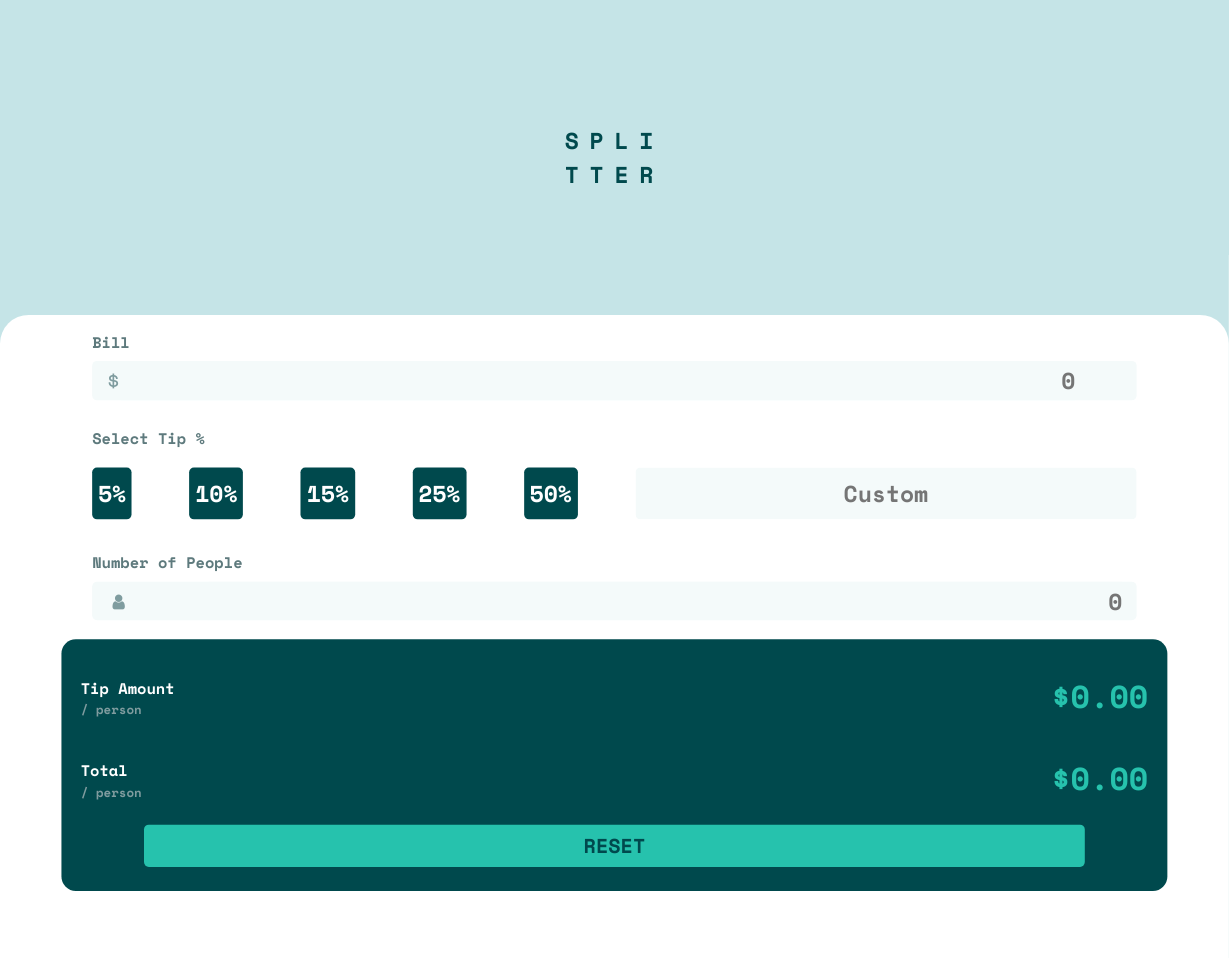
Repository: WindOfCodes/Tip_calculator
Page: index.html
The author's editor kept a copy of each file at every save. The page is drawn from the files as they stood at one save, then again after the next save.
The browser window is 1280 px wide. The pictures show the whole page, at 96% of full size.
The style sheet was rebuilt from its Sass, Less or Tailwind sources for each picture, by a compiler version that may differ from the author's.

Above is the page before, as saved 2023-01-27 16:39:48.

### index.html
<!DOCTYPE html>
<html lang="en">
  <head>
    <meta charset="UTF-8" />
    <meta name="viewport" content="width=device-width, initial-scale=1.0" />

    <link
      rel="icon"
      type="image/png"
      sizes="32x32"
      href="./images/favicon-32x32.png"
    />
    <link rel="preconnect" href="https://fonts.googleapis.com" />
    <link rel="preconnect" href="https://fonts.gstatic.com" crossorigin />
    <link
      href="https://fonts.googleapis.com/css2?family=Space+Mono:wght@400;700&display=swap"
      rel="stylesheet"
    />
    <link rel="stylesheet" href="./src/css/style.min.css" />
    <link rel="stylesheet" href="./fontello-db34ab9f/css/fontello.css" />
    <script type="module" src="./src/js/main.js" async></script>

    <title>Frontend Mentor | Tip calculator app</title>
  </head>
  <body>
    <header class="splitter">
      <h2>spli<br />tter</h2>
    </header>

    <div class="card">
      <div class="whiteBox">
        <div class="billArea">
          <h4>Bill</h4>
          <div class="billValue">
            $<input class="billValueInput" placeholder="0" maxlength="20" />
          </div>
        </div>

        <section class="tipArea">
          <h4>Select Tip %</h4>
          <div class="btnsBox">
            <!-- <input
              type="radio"
              class="tipBtn"
              name="tip"
              value="5"
            /><label>5%</label>
            <input
              type="radio"
              class="tipBtn"
              name="tip"
              value="10"
            /><label>10%</label>
            <input
              type="radio"
              class="tipBtn"
              name="tip"
              value="15"
            /><label>15%</label>
            <input
              type="radio"
              class="tipBtn"
              name="tip"
              value="25"
            /><label>25%</label>
            <input
              type="radio"
              class="tipBtn"
              name="tip"
              value="50"
            /><label>50%</label> -->
            <button class="tipBtn">5%</button>
            <button class="tipBtn">10%</button>
            <button class="tipBtn">15%</button>
            <button class="tipBtn">25%</button>
            <button class="tipBtn">50%</button>
            <input
              class="tipBtn custom"
              id="tipInput"
              name="tip"
              maxlength="5"
              placeholder="Custom"
            />
          </div>
        </section>

        <div class="peopleArea">
          <h4>Number of People</h4>
          <div class="people">
            <i class="icon-user"></i>
            <input class="peopleValue" placeholder="0" maxlength="5" />
          </div>
        </div>
      </div>
      <div class="darkBox">
        <section class="resoultArea">
          <div class="amount">
            <h4>
              Tip Amount
              <span class="prsn">/ person</span>
            </h4>
            <div class="cashBox">
              <span class="price" id="tipForPrsn">$0.00</span>
            </div>
          </div>
          <div class="total">
            <h4>Total<span class="prsn">/ person</span></h4>
            <div class="cashBox">
              <span class="price" id="totalForPrsn">$0.00</span>
            </div>
          </div>
          <div class="reset">Reset</div>
        </section>
      </div>
    </div>

    <!-- <div class="attribution">
    Challenge by <a href="https://www.frontendmentor.io?ref=challenge" target="_blank">Frontend Mentor</a>.
  </div> -->
  </body>
</html>

### fontello-db34ab9f/css/fontello.css
@font-face {
  font-family: 'fontello';
  src: url('../font/fontello.eot?91813416');
  src: url('../font/fontello.eot?91813416#iefix') format('embedded-opentype'),
       url('../font/fontello.woff2?91813416') format('woff2'),
       url('../font/fontello.woff?91813416') format('woff'),
       url('../font/fontello.ttf?91813416') format('truetype'),
       url('../font/fontello.svg?91813416#fontello') format('svg');
  font-weight: normal;
  font-style: normal;
}
/* Chrome hack: SVG is rendered more smooth in Windozze. 100% magic, uncomment if you need it. */
/* Note, that will break hinting! In other OS-es font will be not as sharp as it could be */
/*
@media screen and (-webkit-min-device-pixel-ratio:0) {
  @font-face {
    font-family: 'fontello';
    src: url('../font/fontello.svg?91813416#fontello') format('svg');
  }
}
*/
[class^="icon-"]:before, [class*=" icon-"]:before {
  font-family: "fontello";
  font-style: normal;
  font-weight: normal;
  speak: never;

  display: inline-block;
  text-decoration: inherit;
  width: 1em;
  margin-right: .2em;
  text-align: center;
  /* opacity: .8; */

  /* For safety - reset parent styles, that can break glyph codes*/
  font-variant: normal;
  text-transform: none;

  /* fix buttons height, for twitter bootstrap */
  line-height: 1em;

  /* Animation center compensation - margins should be symmetric */
  /* remove if not needed */
  margin-left: .2em;

  /* you can be more comfortable with increased icons size */
  /* font-size: 120%; */

  /* Font smoothing. That was taken from TWBS */
  -webkit-font-smoothing: antialiased;
  -moz-osx-font-smoothing: grayscale;

  /* Uncomment for 3D effect */
  /* text-shadow: 1px 1px 1px rgba(127, 127, 127, 0.3); */
}

.icon-user:before { content: '\e800'; } /* '' */

### src/js/main.js
let bill = document.querySelector(".billValueInput");
const tipBtns = document.querySelectorAll(".tipBtn");

let billVal = 0;

bill.addEventListener("input", setBillValue);
tipBtns.forEach(btn => {
    btn.addEventListener("click", handleClick);
});

function validationFloat(n) {
  let reg = /^[0-9]*\.?[0-9]*$/;
  return n.match(reg);
}

function setBillValue() {
  if (bill.value.includes(",")) {
    bill.value = bill.value.replace(",", ".");
  }

  if (validationFloat(bill.value)) {
    bill.value = bill.value.substring(0, bill.value.length - 1);
  }

  billVal = parseFloat(bill.value);
  //   console.log(billVal);

}

function handleClick(e) {
  tipBtns.forEach(btns => {
    btns.classList.remove("active")

  if (e.target.innerHTML == btns.innerHTML) {
    btns.classList.add("active");
  }
})
};

// const resetBtn = document.querySelector(".reset"); //reset
// const btns = document.querySelector(".btnsBox"); //div with tip buttons
// let personalTip = document.querySelector("#tipInput"); //personal tip
// let tipFPrsn = document.querySelector("#tipForPrsn"); //return tip for person
// let totalFPrsn = document.querySelector("#totalForPrsn"); //return total for person

// //***************** */
// let billVal = document.querySelector(".billValue");
// let billInput = billVal.firstElementChild;
// let pplVal = document.querySelector(".peopleValue");
// let tipVal = document.querySelector(".custom");
// let billValue = 0;
// let tipValue = 0;
// let numberOfPeople = 1;

// billInput.addEventListener("input", validateBill);

// function validateBill() {
//   if (billInput.value.includes(",")) {
//     billInput.value.replace(",", ".");
//   }
//   billVal = parseFloat(billInput.value);
//   // calculate() !!!!!;
//   console.log(billVal);
// }

// personalTip.addEventListener("input", personTipVal);
// pplVal.addEventListener("input", setPeopleVal);
// resetBtn.addEventListener("click", resetBill);

// btns.forEach((button) => {
//   button.addEventListener("click", handleClick);
// });

// function handleClick(event) {
//   btns.forEach((button) => {
//     button.classList.add("active");
//     if (event.target.innerHTML === button.innerHTML) {
//       button.classList.add("active");
//       tipVal = parseFloat(button.innerHTML) / 100;
//       console.log(tipVal);
//     }
//   });
//   personalTip.value = "";
//   calculate();
// };

// function personalTipVal() {
//   tipVal = parseFloat(personalTip.value / 100);
//   btns.forEach((button) => {
//     button.classList.remove("active");
//   });
//   if (personalTip.value !== 0) {
//     calculate();
//   }
//   console.log(tipVal);
// };

// function setPeopleVal() {
//   pplVal = parseFloat(setPeopleVal.value);
//   if (pplVal <= 0) {
//     alert("error");
//   }
//   console.log(pplVal);
//   calculate();
// };

// function calculate() {
//     if(numberOfPeople >= 1) {
//         let tip = billVal * tipVal / pplVal;
//         let totalAmount = billVal * (tipVal + 1) / pplVal;

//         billVal[0].innerHTML = tip.toFixed(2);
//         billVal[1].innerHTML = totalAmount.toFixed(2);
//     }
// };

// function resetBill() {
//     billInput.value = 0.0;
//     validateBill();

//     btns[2].click();
//     pplVal.value = 1;
//     setPeopleVal();
// }

### src/sass/style.scss
@import "/src/css/normalize.css";
@import "variables";
@import "base";
@import "splitter";
@import "card";

### src/sass/_variables.scss
$Verydarkcyan: hsl(183, 100%, 15%);
$Darkgrayishcyan: hsl(186, 14%, 43%);
$darkgrayishcyan: hsl(184, 14%, 56%);
$SweetGreen: #26C2AD;
$lightgrayishcyan: hsl(185, 41%, 84%);
$Lightgrayishcyan: hsl(189, 41%, 97%);
$White: hsl(0, 0%, 100%);
$fSize: 24px;

### src/sass/_base.scss
body {
    font-family: 'Space Mono', monospace;
    color: $Darkgrayishcyan;
    background-color: $lightgrayishcyan;
}

### src/sass/_splitter.scss
.splitter {
    margin: 10% 0;

    h2 {
        color: $Verydarkcyan;
        letter-spacing: 0.7rem;
        line-height: 1.5;
        text-transform: uppercase;
        text-align: center;
        margin: 0;
        padding: 0;
    }
}

@media only screen and (min-width: 1290px) {

    .splitter {
        margin: 80px 0 50px 0;
    }
}

### src/sass/_card.scss
.active {
  background-color: $SweetGreen;
  color: $Verydarkcyan;
}

.card {
  background-color: $White;
  margin: 0;
  padding: 0;
  overflow: hidden;
  width: 100%;
  border-radius: 30px 30px 0 0;
}

.billArea {
  width: 85%;
  margin: auto;
  padding-top: 10px;

  h4 {
    margin: 10px 0;
  }
}

.billValue {
  background-color: $Lightgrayishcyan;
  color: $darkgrayishcyan;
  font-size: $fSize;
  padding: 0 15px;
  border-radius: 5px;

  input {
    font-weight: 700;
    color: $Verydarkcyan;
    background-color: $Lightgrayishcyan;
    font-size: $fSize;
    width: 94%;
    line-height: 1.7;
    padding: 0;
    border: none;
    text-align: right;
  }

  input::-webkit-inner-spin-button,
  input::-webkit-outer-spin-button {
    -webkit-appearance: none;
    margin: 0;
  }

  input:active::-webkit-inner-spin-button,
  input:active::-webkit-outer-spin-button {
    -webkit-appearance: none;
    margin: 0;
  }

  input[type="number"] {
    -moz-appearance: textfield;
  }

  input[type="number"] {
    -moz-appearance: textfield;
  }
}

.tipArea {
  width: 85%;
  margin: auto;
  margin-top: 30px;

  .btnsBox {
    // height: 170px;
    display: flex;
    justify-content: space-between;
    align-content: space-between;
    flex-wrap: wrap;

    .tipBtn {
      display: block;
      background-color: $Verydarkcyan;
      color: $White;
      font-size: $fSize;
      font-weight: 700;
      line-height: 2;
      // width: 48%;
      text-align: center;
      border-radius: 5px;
      border: none;
      //   opacity: 0;
      // position: fixed;
      // width: 0;
    }

    .tipBtn:hover {
      cursor: pointer;
      background-color: $lightgrayishcyan;
      color: $Verydarkcyan;
      border: none;
    }

    .tipBtn:active {
      background-color: $SweetGreen;
      color: $Verydarkcyan;
    }

    //   label {
    //     display: block;
    //     background-color: $Verydarkcyan;
    //     color: $White;
    //     font-size: $fSize;
    //     font-weight: 700;
    //     line-height: 2;
    //     width: 48%;
    //     text-align: center;
    //     border-radius: 5px;
    //   }
  }

  #tipInput {
    background-color: $Lightgrayishcyan;
    color: $Darkgrayishcyan;
    box-sizing: border-box;
    border: solid 2px transparent;
    border-radius: 5px;
    text-align: center;
    font-size: $fSize;
    font-weight: 700;
    width: 48%;
  }

  #tipInput:focus {
    border: solid 2px $SweetGreen;
  }

  #tipInput::-webkit-inner-spin-button,
  #tipInput::-webkit-outer-spin-button {
    -webkit-appearance: none;
    margin: 0;
  }

  #tipInput:active::-webkit-inner-spin-button,
  #tipInput:active::-webkit-outer-spin-button {
    -webkit-appearance: none;
    margin: 0;
  }

  #tipInput[type="number"] {
    -moz-appearance: textfield;
  }

  #tipInput[type="number"] {
    -moz-appearance: textfield;
  }
}

.peopleArea {
  width: 85%;
  margin: auto;
  padding-top: 15px;

  h4 {
    margin-bottom: 10px;
  }
}

.people {
  background-color: $Lightgrayishcyan;
  color: $Verydarkcyan;
  font-size: $fSize;
  font-weight: 700;
  padding: 0px 15px;
  border-radius: 5px;
  text-align: right;

  i {
    line-height: 2.3;
  }

  input {
    color: $Verydarkcyan;
    font-weight: 700;
    padding: 0;
    background-color: $Lightgrayishcyan;
    font-size: $fSize;
    width: 90%;
    line-height: 1.7;
    border: none;
    text-align: right;
  }

  input::-webkit-inner-spin-button,
  input::-webkit-outer-spin-button {
    -webkit-appearance: none;
    margin: 0;
  }

  input:active::-webkit-inner-spin-button,
  input:active::-webkit-outer-spin-button {
    -webkit-appearance: none;
    margin: 0;
  }

  input[type="number"] {
    -moz-appearance: textfield;
  }

  input[type="number"] {
    -moz-appearance: textfield;
  }
}

.people:hover {
  cursor: pointer;
  border: 3px solid $SweetGreen;
  margin: -2px;
}

.icon-user {
  float: left;
  color: $darkgrayishcyan;
  font-size: 18px;
}

.resoultArea {
  width: 90%;
  height: auto;
  margin: 20px auto 70px auto;
  background-color: $Verydarkcyan;
  border-radius: 15px;
  padding-bottom: 10px;
}

.amount {
  padding: 20px;

  h4 {
    color: $White;
    display: inline-block;
    margin-bottom: 0;
  }
}

.prsn {
  display: block;
  font-size: 13px;
  line-height: 2;
  color: $darkgrayishcyan;
}

.cashBox {
  display: inline-block;
  float: right;
  margin-top: 20px;
}

.price {
  font-size: 33px;
  font-weight: 700;
  float: right;
  margin: auto 0;
  color: $SweetGreen;
}

.total {
  padding: 0 20px;

  h4 {
    color: $White;
    display: inline-block;
  }
}

.reset {
  font-size: 21px;
  text-transform: uppercase;
  font-weight: 700;
  color: $Verydarkcyan;
  background-color: $SweetGreen;
  width: 85%;
  margin: 0 auto 15px auto;
  padding: 10px 0;
  border-radius: 5px;
  text-align: center;
}

@media only screen and (min-width: 1290px) {
  .card {
    width: 60%;
    height: 460px;
    margin: auto;
    display: flex;
    flex-direction: column;
    flex-wrap: wrap;
    border-radius: 20px;
  }

  .whiteBox {
    width: 50%;
    height: 100%;
  }

  .darkBox {
    width: 50%;
    height: 100%;
    margin: 0;
    padding: 0;
  }

  .billArea {
    padding: 0;
    margin-top: 30px;
  }

  .billValue:hover {
    cursor: pointer;
    border: 3px solid $SweetGreen;
    margin: -3px;
  }

  .billValue:active {
    border: 3px solid $SweetGreen;
    // margin: -2px;
  }

  .tipArea {
    margin-top: 30px;
  }

  .btnsBox {
    height: auto;

    label {
      width: 30%;
      margin: 10px 0;
    }

    label:hover {
      cursor: pointer;
      background-color: $lightgrayishcyan;
      color: $Verydarkcyan;
    }

    label:active {
      background-color: $SweetGreen;
    }

    label:last-child:hover {
      border: 3px solid $SweetGreen;
      margin: 7px -2px;
    }

    #tipInput {
      width: 30%;
    }
  }

  input:focus {
    outline: solid 0px transparent;
  }

  .tipBtn {
    width: 30%;
    margin: 10px 0;
  }

  .resoultArea {
    height: 90%;
    margin: 5% auto;
    padding: 0;
    position: relative;
  }

  .amount,
  .total {
    width: 80%;
    margin: auto;
  }

  .reset {
    left: 50%;
    transform: translateX(-50%);
    position: absolute;
    bottom: 0;
    margin-bottom: 30px;
  }

  .reset:hover {
    cursor: pointer;
    background-color: $lightgrayishcyan;
  }
}

Loaded but not shown: src/css/normalize.css (library)

After the next save:
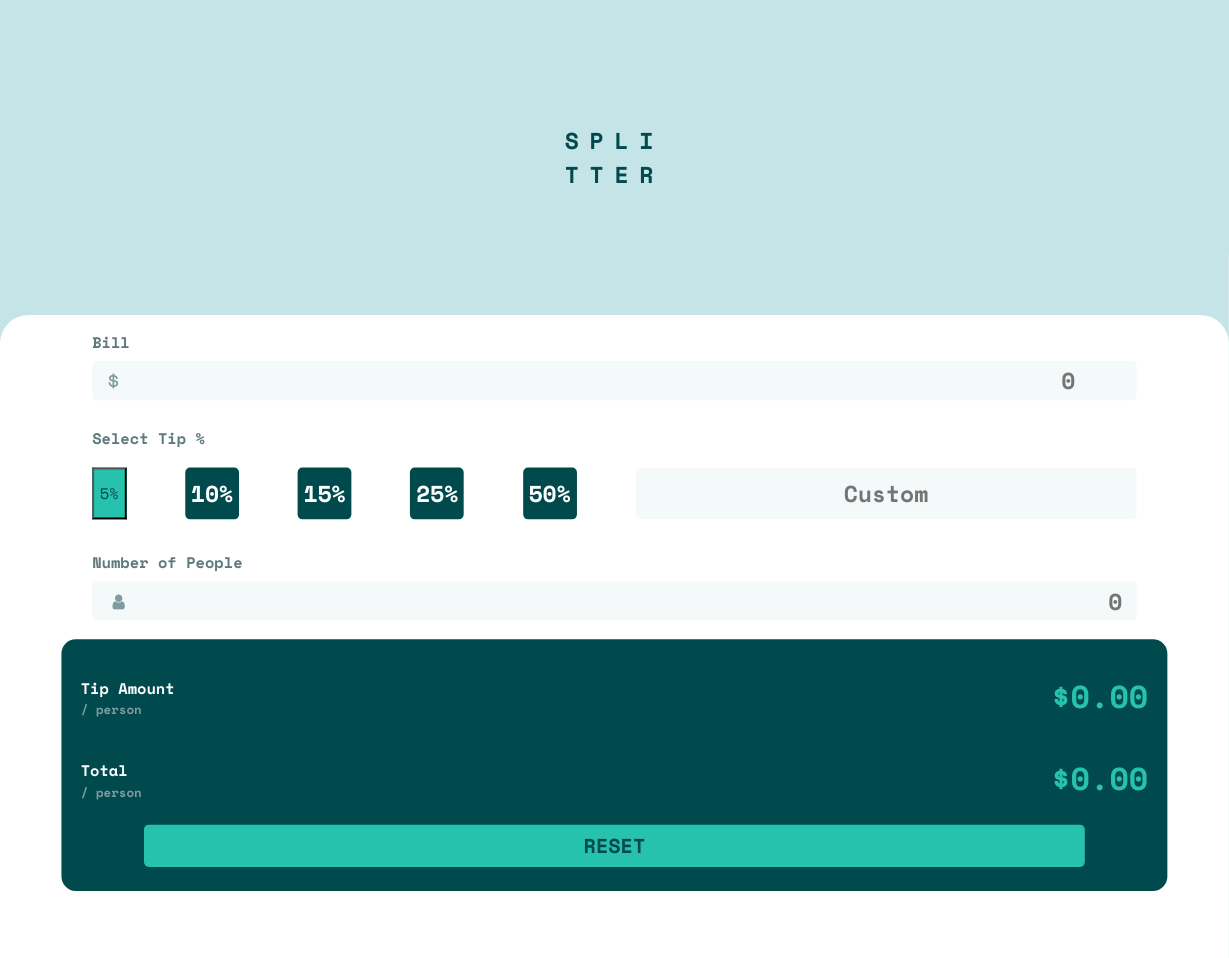
Saved 68 s later.
--- a/index.html
+++ b/index.html
@@ -69,7 +69,7 @@
               name="tip"
               value="50"
             /><label>50%</label> -->
-            <button class="tipBtn">5%</button>
+            <button class="active">5%</button>
             <button class="tipBtn">10%</button>
             <button class="tipBtn">15%</button>
             <button class="tipBtn">25%</button>

After the save that followed:
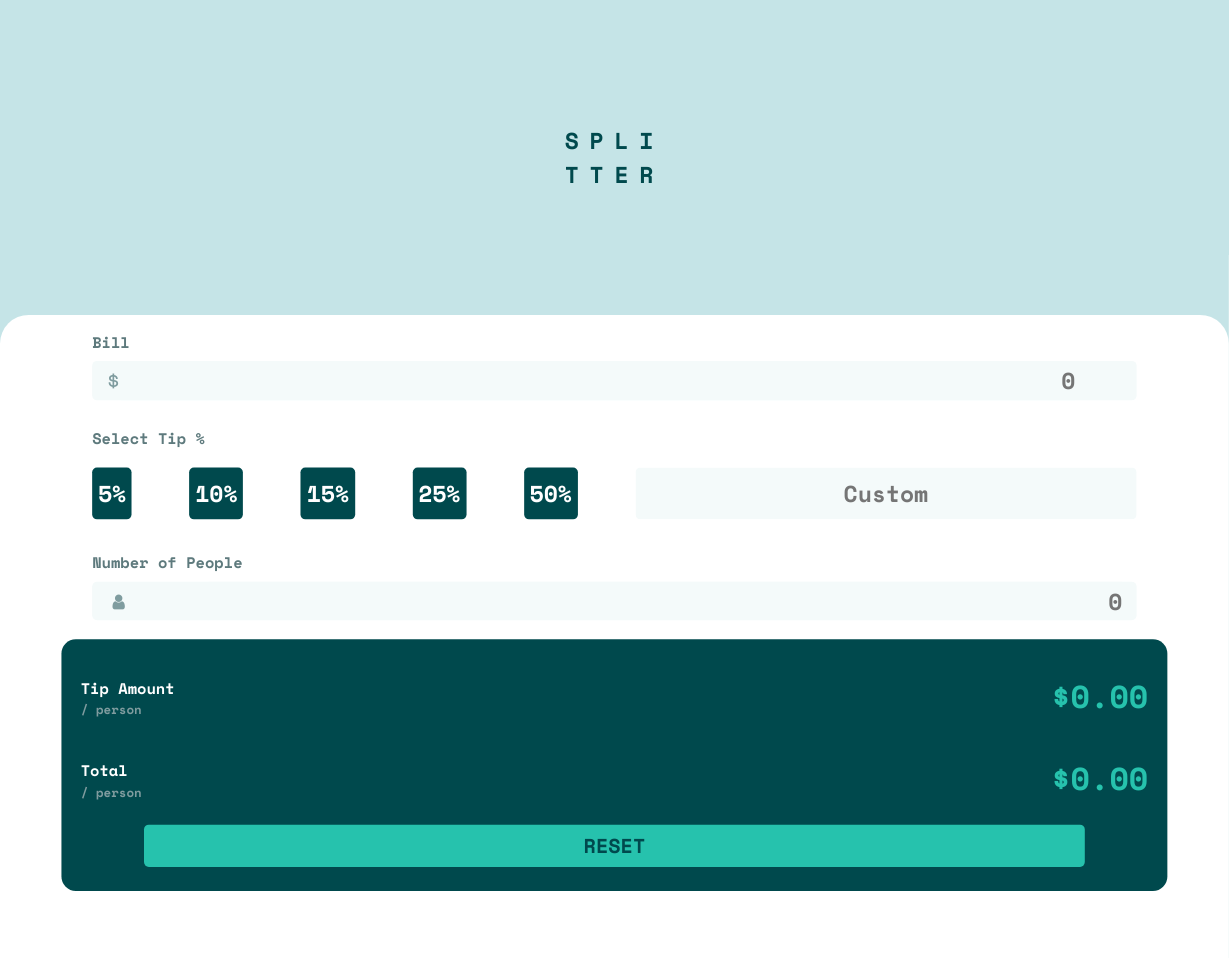
Saved 7 s later.
--- a/index.html
+++ b/index.html
@@ -69,7 +69,7 @@
               name="tip"
               value="50"
             /><label>50%</label> -->
-            <button class="active">5%</button>
+            <button class="tipBtn">5%</button>
             <button class="tipBtn">10%</button>
             <button class="tipBtn">15%</button>
             <button class="tipBtn">25%</button>
